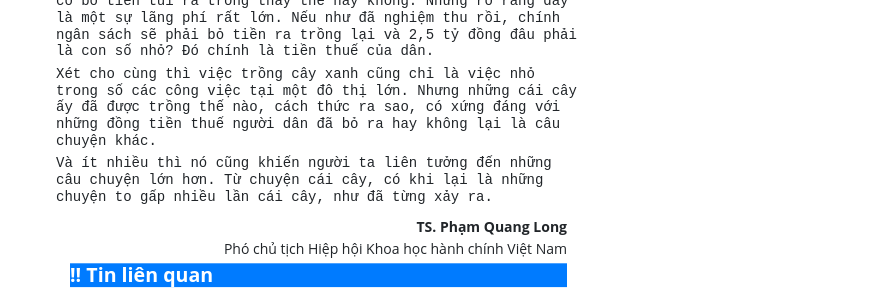
Repository: TRITO719/18_TrinhQuocToan_20081631
Page: So37/html/caykho.html
These files come from the project's save history. The page is drawn as it stood at one moment and after the next save; the edit follows.
The browser window is 1280 px wide. The pictures show the part of the page from y = 2413 to 4333 px (the page is 2832 px tall before and 4333 px after), at 70% of full size.

Above is the page before, as saved 2023-04-19 13:04:55.

After the next save:
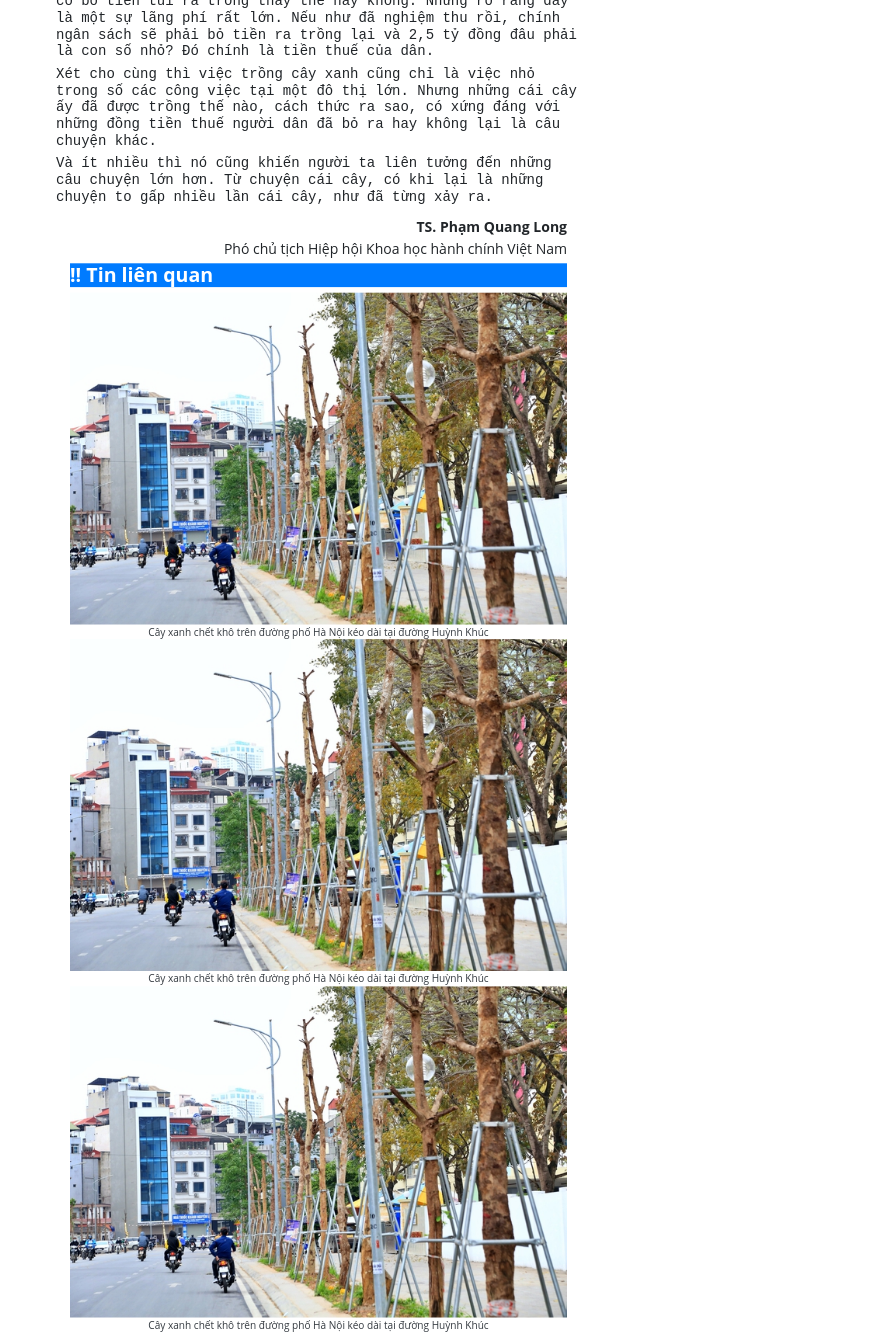
Saved 48 s later.
--- a/So37/html/caykho.html
+++ b/So37/html/caykho.html
@@ -167,6 +167,27 @@
             </div>
         </div>
         <div class="col-sm-8 col-md-8">
+            <a href="">
+                <figure>
+                    <img src="../img/cay-xanh-chet-kho-tren-duong-huynh-thuc-khang-keo-dai-2-16803995389678631728.jpg" class="d-block w-100 trans" alt="Hình ảnh 1">
+                    <figcaption class="figure-caption text-center text-dark ">
+                        Cây xanh chết khô trên đường phố Hà Nội kéo dài tại đường Huỳnh Khúc
+                    </figcaption>
+            </a>
+            <a href="">
+                <figure>
+                    <img src="../img/cay-xanh-chet-kho-tren-duong-huynh-thuc-khang-keo-dai-2-16803995389678631728.jpg" class="d-block w-100 trans" alt="Hình ảnh 1">
+                    <figcaption class="figure-caption text-center text-dark ">
+                        Cây xanh chết khô trên đường phố Hà Nội kéo dài tại đường Huỳnh Khúc
+                    </figcaption>
+            </a>
+            <a href="">
+                <figure>
+                    <img src="../img/cay-xanh-chet-kho-tren-duong-huynh-thuc-khang-keo-dai-2-16803995389678631728.jpg" class="d-block w-100 trans" alt="Hình ảnh 1">
+                    <figcaption class="figure-caption text-center text-dark ">
+                        Cây xanh chết khô trên đường phố Hà Nội kéo dài tại đường Huỳnh Khúc
+                    </figcaption>
+            </a>
 
         </div>
 
